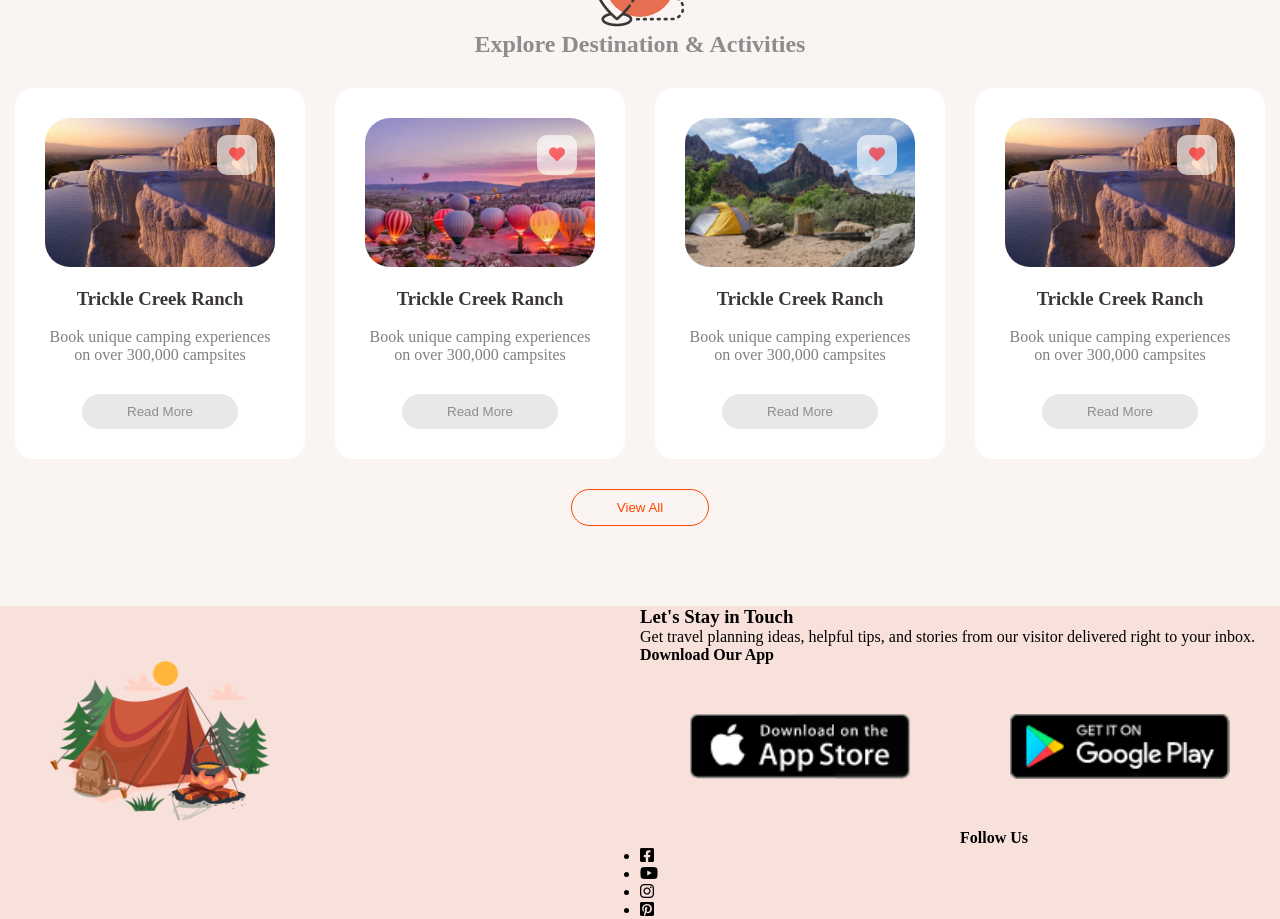
Repository: giahuy405/BC38_Camping_Pham_Gia_Huy
Page: index.html
The author's editor kept a copy of each file at every save. The page is drawn from the files as they stood at one save, then again after the next save.
The browser window is 1280 px wide. The pictures show the part of the page from y = 829 to 1781 px (the page is 1748 px tall before and 1781 px after).

Above is the page before, as saved 2022-09-13 19:31:48.

### index.html
<!DOCTYPE html>
<html lang="en">
<head>
    <meta charset="UTF-8">
    <meta http-equiv="X-UA-Compatible" content="IE=edge">
    <meta name="viewport" content="width=device-width, initial-scale=1.0">
    <title>Document</title>
    <link rel="stylesheet" href="https://cdnjs.cloudflare.com/ajax/libs/font-awesome/6.2.0/css/all.min.css" integrity="sha512-xh6O/CkQoPOWDdYTDqeRdPCVd1SpvCA9XXcUnZS2FmJNp1coAFzvtCN9BmamE+4aHK8yyUHUSCcJHgXloTyT2A==" crossorigin="anonymous" referrerpolicy="no-referrer" />
    <link rel="stylesheet" href="./css/index.css">
</head>
<body>
    <header>
       <div class="header__items">
            <img src="./img/logoicon.png" alt="">
            <nav>
                <ul>
                    <li><a href="#">Home</a></li>
                    <li><a href="#">Services</a></li>
                    <li><a href="#">Destination</a></li>
                    <li><a href="#">Events</a></li>
                    <li><a href="#">Gallery</a></li>
                    <li><a href="#">Contact us</a></li>
                </ul>
            </nav>
       </div>
    </header>
    <section class="carousel">
        <img src="./img/BG.png" alt="">
    </section>
    <section class="service">
        <img src="./img/Group 313.png" alt="">
        <h1>Explore Destination & Activities</h1>
        <div class="service__cards">
            <div class="service__card">
                <div class="service__item">
                    <img src="./img/product1.png" alt="">
                    <h3>Trickle Creek Ranch</h3>
                    <p>Book unique camping experiences on over 300,000 campsites</p>
                    <button>Read More</button>
                </div>
                <div class="service__heart">
                    <i class="fa fa-heart"></i>
                </div>
            </div>
            <div class="service__card">
                <div class="service__item">
                    <img src="./img/product4.png" alt="">
                    <h3>Trickle Creek Ranch</h3>
                    <p>Book unique camping experiences on over 300,000 campsites</p>
                    <button>Read More</button>
                </div>
                <div class="service__heart">
                    <i class="fa fa-heart"></i>
                </div>
            </div>
            <div class="service__card">
                <div class="service__item">
                    <img src="./img/product5.png" alt="">
                    <h3>Trickle Creek Ranch</h3>
                    <p>Book unique camping experiences on over 300,000 campsites</p>
                    <button>Read More</button>
                </div>
                <div class="service__heart">
                    <i class="fa fa-heart"></i>
                </div>
            </div>
            <div class="service__card">
                <div class="service__item">
                    <img src="./img/product1.png" alt="">
                    <h3>Trickle Creek Ranch</h3>
                    <p>Book unique camping experiences on over 300,000 campsites</p>
                    <button>Read More</button>
                </div>
                <div class="service__heart">
                    <i class="fa fa-heart"></i>
                </div>
            </div>
            <div class="clear"></div>
        </div>
        <button class="service__final-button">View All</button>
    </section>
    <div class="contact">
        <div class="contact__items">
            <img src="./img/homeicon.png" alt="">
        </div>
        <div class="contact__items">
            <h3>Let's Stay in Touch</h3>
            <p>Get travel planning ideas, helpful tips, and stories from our visitor delivered right to your inbox.</p>
            <div class="content__item">
                <h4>Download Our App</h4>
                <img src="./img/download-on-the-app-store-apple-1.png" alt="">
                <img src="./img/google-play-badge-1.png" alt="">
            </div>
            <div class="content__item">
                <h4>Follow Us</h4>
                <ul>
                    <li><i class="fab fa-facebook-square"></i></li>
                    <li><i class="fab fa-youtube"></i></li>
                    <li><i class="fab fa-instagram"></i></li>
                    <li><i class="fab fa-pinterest-square"></i></li>
                </ul>
            </div>
        </div>
        <div class="clear"></div>
    </div>
</body>
</html>

### css/index.css
*{
    padding: 0;
    margin: 0;
    box-sizing: border-box;
}
.header__items{
    width: 90%;
    margin: 0 auto;
}
header{
    background-color: #f8e1db;
}
nav{
    margin-top: 10px;
    padding-bottom: 10px;
}
nav ul{
    list-style: none;
}
nav li{
    display: inline;
    margin-right:30px;
}
nav a{
    text-decoration: none;
    color: #43403c;
}
nav a:hover{
    color: rgb(160, 5, 5);
}
.clear{
    clear: both;
}
.carousel img{
    height: 600px;
    width: 100%;
}
.service{
    text-align: center;
    padding-top: 70px;
    background-color: #faf4f2;
  padding-bottom: 80px;
}
.service > h1{
    color: #8d8d8d;
    margin-bottom: 30px;
}
.service__cards{
    width: 100%;

}
.service__card{
    float: left;
    width: 25%;
    padding: 0 15px;
    position: relative;
}
.service__item{
    background-color: white;
    border-radius: 18px;
    padding: 30px 30px;

}
.service__item img{
    border-radius: 25px;
    width: 100%;
}
.service__heart{
    position: absolute;
    top: 47px;
    right: 63px;
    width: 40px;
    height: 40px;
    line-height: 40px;
    color: rgba(255, 0, 0, 0.555);
    background-color: rgba(255, 255, 255, 0.651);
    border-radius: 10px;
}
.service__item h3{
    line-height: 3;
    color: #3a3735;
}
.service__item p{
    color: gray;
}
.service__card button{
    padding: 10px 45px;
    background-color: #e8e8e8;
    color: #8d8d8d;
    border-radius: 20px;
    border: none;
    margin-top: 30px;
    cursor: pointer;
}
.service__card button:hover{
    background-color: #7e7e7e;
    color: white;
}
.service__final-button{
    padding: 10px 45px;
    background-color: transparent;
    color: orangered;
    border-radius: 20px;
    border: 1px solid orangered;
    margin-top: 30px;
    cursor: pointer;
}
.service__final-button:hover{
    background-color: #3a3735;
    color: white;
}
.contact{
    background-color: #f8e1db;
}
.contact img,.contact__items{
    float: left;
    width: 50%;
}
.contact img{
    padding: 50px;
}

After the next save:
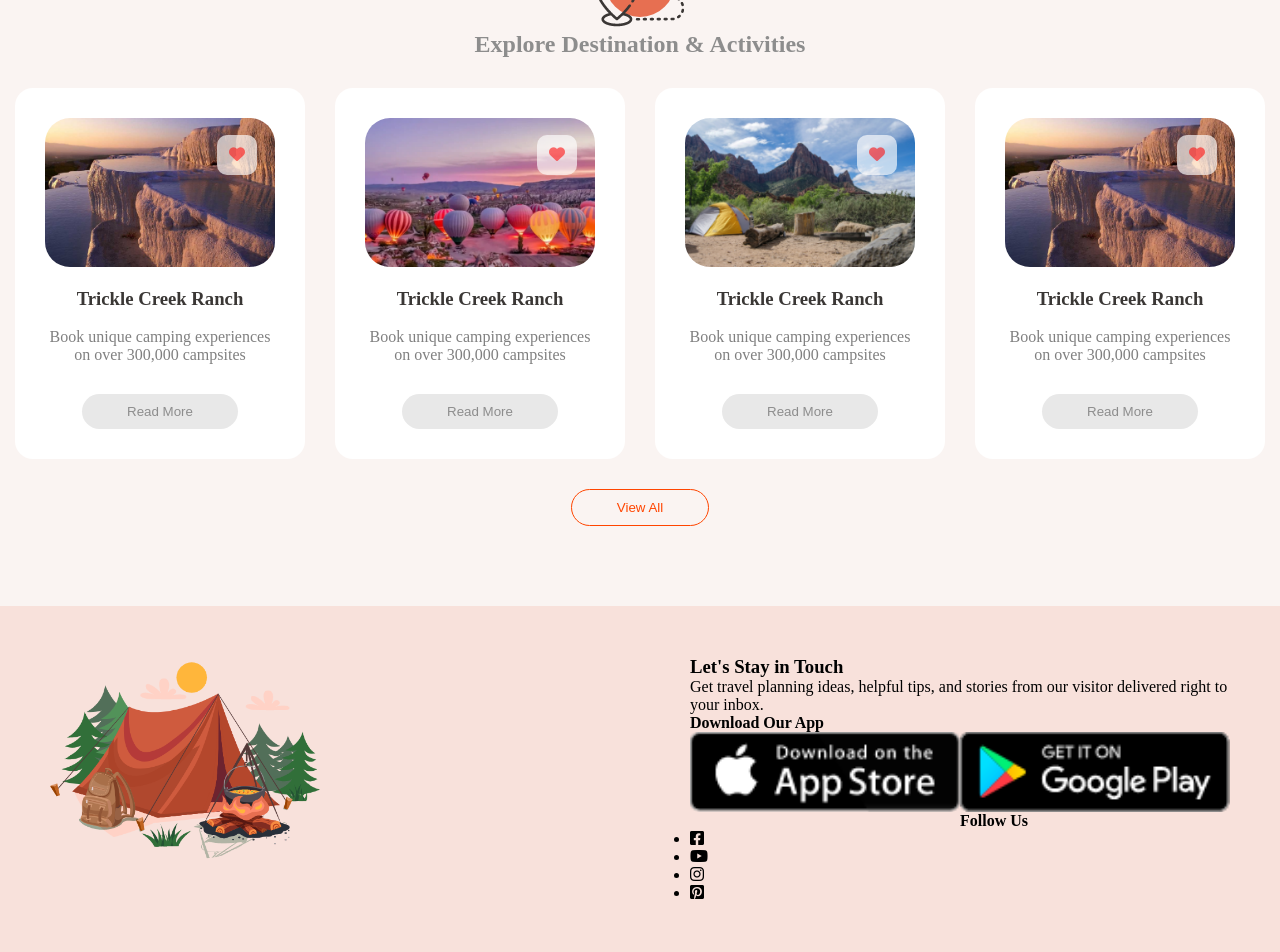
Saved 8 s later.
--- a/css/index.css
+++ b/css/index.css
@@ -116,6 +116,6 @@
     float: left;
     width: 50%;
 }
-.contact img{
+.contact__items{
     padding: 50px;
 }
